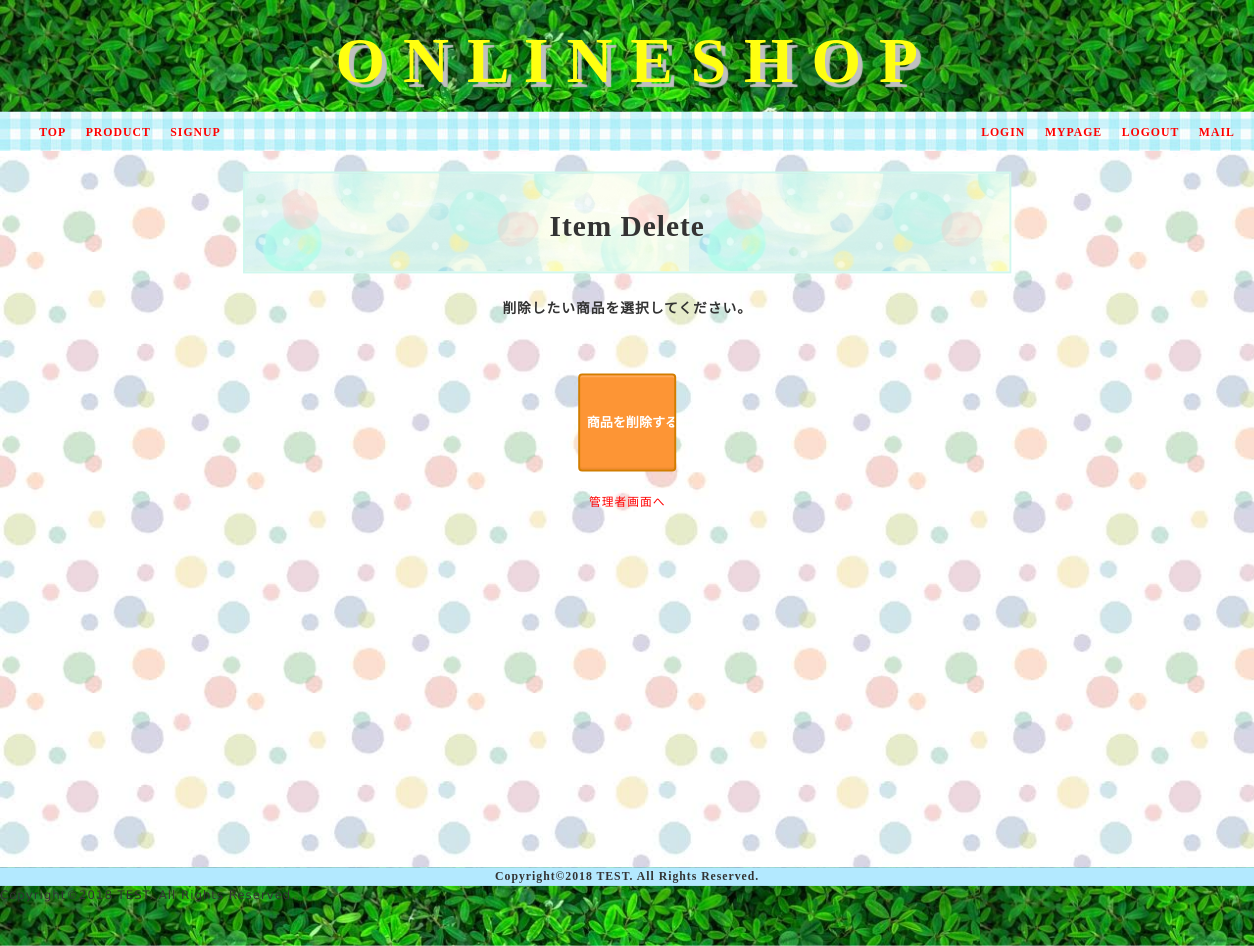
Repository: rt-1217/j2
Page: http://localhost/ecsite01/itemDelete.jsp
The author's editor kept a copy of each file at every save. The page is drawn from the files as they stood at one save, then again after the next save.
The browser window is 1280 px wide. The pictures show the whole page, at 98% of full size.
Backgrounds fixed to the window are drawn as part of the page. Some web fonts or font styles are not loaded; a fallback is used. The page is served by Tomcat 9.

Above is the page before, as saved 2018-05-30 07:03:42.

After the next save:
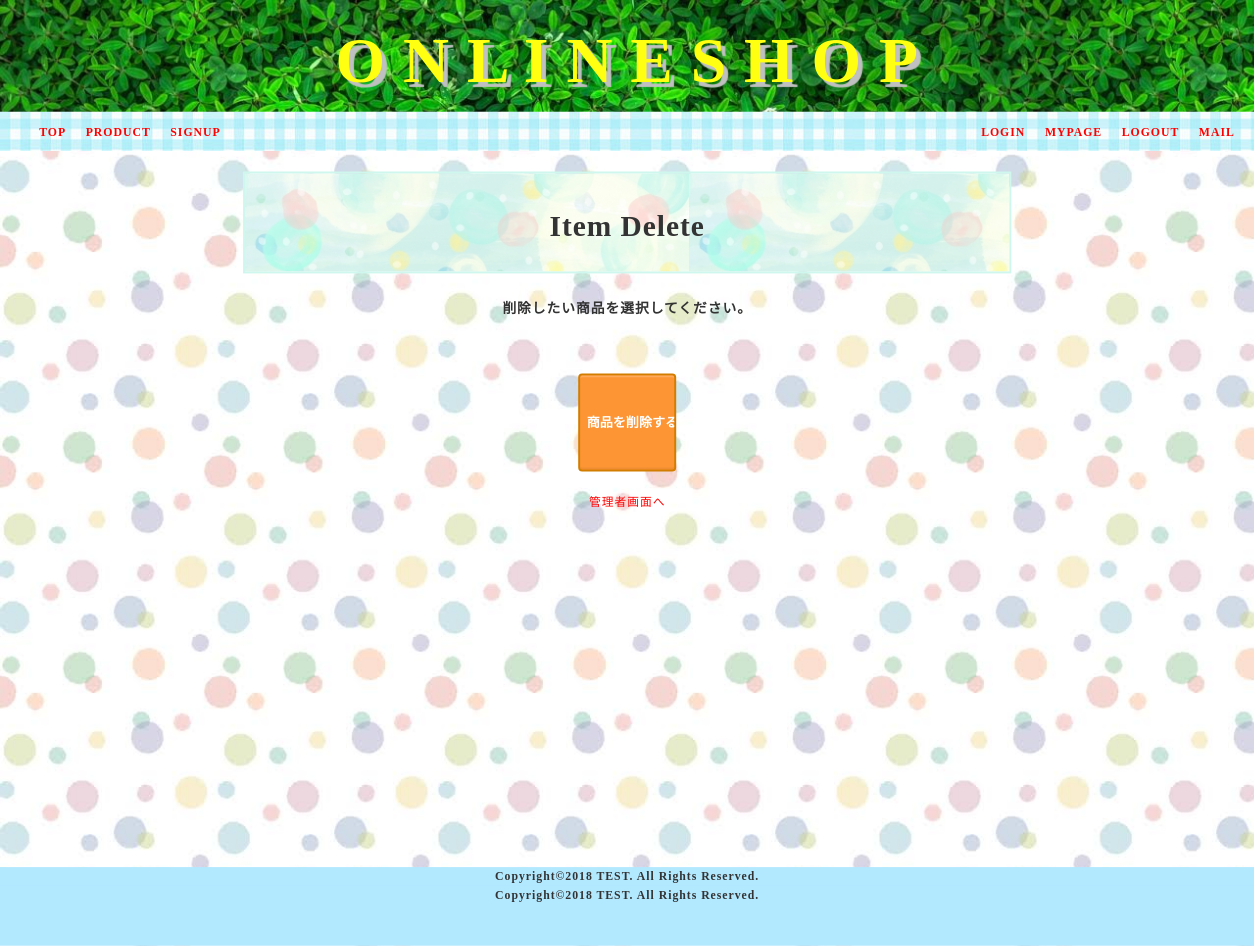
Saved 29 s later.
--- a/ecsite01/WebContent/css/basis.css
+++ b/ecsite01/WebContent/css/basis.css
@@ -144,6 +144,12 @@
 margin-top: auto;
 position; absolute;
 bottom:0;
+
+	text-align:center;
+	font-family: 'Mystery Quest', cursive;
+/* 	background:rgba(246, 255, 255, 1); */
+	background:rgba(179, 233, 255, 1);
+	font-weight: bold;
 }
 
 .fotter-message{

After the save that followed:
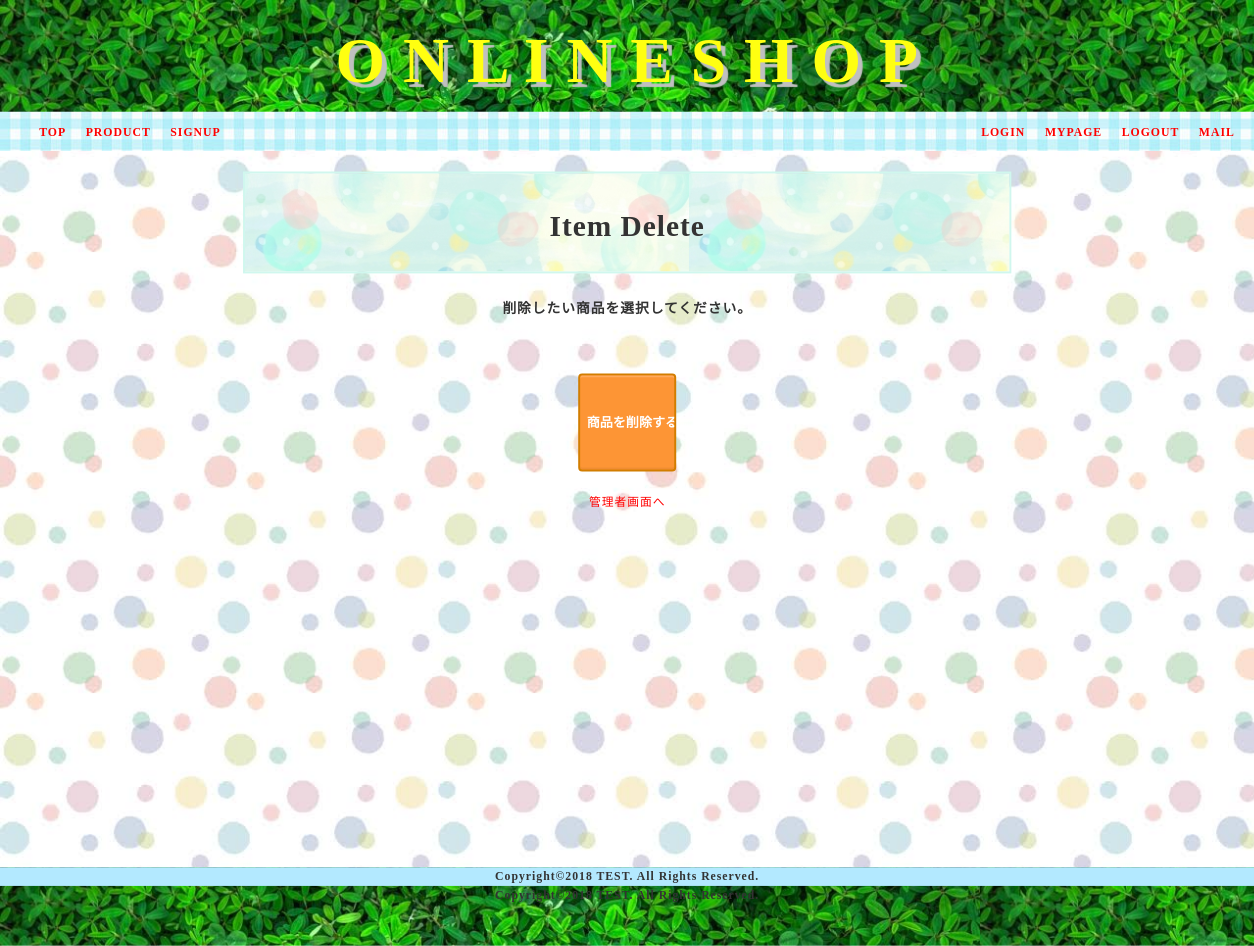
Saved 12 s later.
--- a/ecsite01/WebContent/css/basis.css
+++ b/ecsite01/WebContent/css/basis.css
@@ -148,7 +148,6 @@
 	text-align:center;
 	font-family: 'Mystery Quest', cursive;
 /* 	background:rgba(246, 255, 255, 1); */
-	background:rgba(179, 233, 255, 1);
 	font-weight: bold;
 }
 
